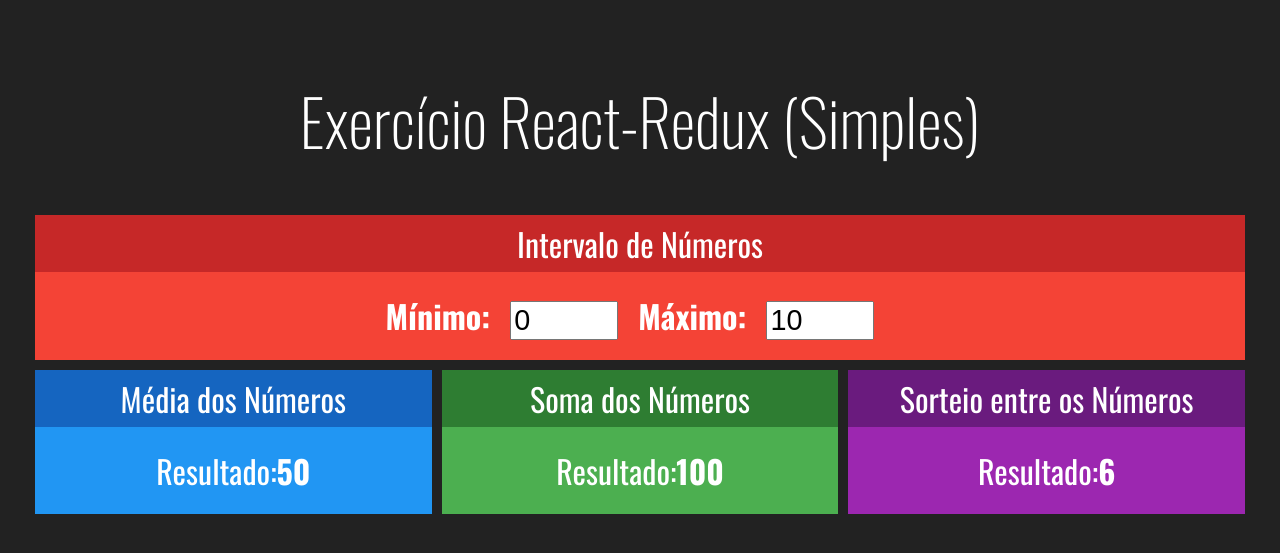
Repository: WellysonP/testando-react-redux
Page: /
An editor plug-in stored every save of this project. The page is shown before and after the next save, followed by the edit.
The browser window is 1280 px wide. The pictures show the whole page.
The project was rebuilt for these pictures with package versions that can differ from the ones it lists, and the page was loaded fresh each time.

Above is the page before, as saved 2023-01-12 18:42:19.

### public/index.html
<!DOCTYPE html>
<html lang="en">
  <head>
    <link rel="preconnect" href="https://fonts.googleapis.com">
<link rel="preconnect" href="https://fonts.gstatic.com" crossorigin>
<link href="https://fonts.googleapis.com/css2?family=Oswald:wght@200;300;400;500;600;700&display=swap" rel="stylesheet">
    <meta charset="utf-8" />
    <link rel="icon" href="%PUBLIC_URL%/favicon.ico" />
    <meta name="viewport" content="width=device-width, initial-scale=1" />
    <meta name="theme-color" content="#000000" />
    <meta
      name="description"
      content="Web site created using create-react-app"
    />
    <link rel="apple-touch-icon" href="%PUBLIC_URL%/logo192.png" />
    <!--
      manifest.json provides metadata used when your web app is installed on a
      user's mobile device or desktop. See https://developers.google.com/web/fundamentals/web-app-manifest/
    -->
    <link rel="manifest" href="%PUBLIC_URL%/manifest.json" />
    <!--
      Notice the use of %PUBLIC_URL% in the tags above.
      It will be replaced with the URL of the `public` folder during the build.
      Only files inside the `public` folder can be referenced from the HTML.

      Unlike "/favicon.ico" or "favicon.ico", "%PUBLIC_URL%/favicon.ico" will
      work correctly both with client-side routing and a non-root public URL.
      Learn how to configure a non-root public URL by running `npm run build`.
    -->
    <title>React App</title>
  </head>
  <body>
    <noscript>You need to enable JavaScript to run this app.</noscript>
    <div id="root"></div>
    <!--
      This HTML file is a template.
      If you open it directly in the browser, you will see an empty page.

      You can add webfonts, meta tags, or analytics to this file.
      The build step will place the bundled scripts into the <body> tag.

      To begin the development, run `npm start` or `yarn start`.
      To create a production bundle, use `npm run build` or `yarn build`.
    -->
  </body>
</html>

### src/index.css
body{
  background-color: #222;
  font-size: 2rem;
  font-family: Oswald;
  color: #fff;
  margin: 30px;
}

### src/App.js
import { useState } from 'react';
import './App.css';
import Intervalo from './components/Intervalo';
import Media from './components/Media';
import Soma from './components/Soma';
import Sorteio from './components/Sorteio';

function App() {
  const [min, setMin] = useState(0)
  const [max, setMax] = useState(100)
  return (
    <div className="App">
      <h1>Exercício React-Redux (Simples)</h1>
      <div className='linha'>
        <Intervalo></Intervalo>
      </div>
      <div className='linha'>
        <Media min={min} max={max}></Media>
        <Soma min={min} max={max}></Soma>
        <Sorteio min={min} max={max}></Sorteio>
      </div>
    </div>
  );
}

export default App;

### src/App.css
.App{
  display: flex;
  flex-direction: column;
  text-align: center;
}

h1{
  font-weight: 200;
}

.linha{
  display: flex;
}

### src/components/Intervalo.jsx
import Card from "./Card"
import "./Intervalo.css"


export default props => {
    return (
        <Card title="Intervalo de Números" red>
            <div className="Intervalo">
                <span>
                    <strong>Mínimo:</strong>
                    <input type="number" value={0} />
                </span>
                <span>
                    <strong>Máximo:</strong>
                    <input type="number" value={10} />
                </span>
            </div>
        </Card>
    )
}

### src/components/Media.jsx
import Card from "./Card"

export default props => {
    const { min, max } = props
    return (
        <Card title="Média dos Números" blue>
            <div>
                <span>
                    <span>Resultado:</span>
                    <strong>{(min + max) / 2}</strong>
                </span>
            </div>
        </Card>
    )
}

### src/components/Soma.jsx
import Card from "./Card"

export default props => {
    const { min, max } = props
    return (
        <Card title="Soma dos Números" green>
            <div>
                <span>
                    <span>Resultado:</span>
                    <strong>{min + max}</strong>
                </span>
            </div>
        </Card>
    )
}

### src/components/Sorteio.jsx
import Card from "./Card"

export default props => {
    const {min , max} = props
    const aleatorio = parseInt(Math.random()*(max-min))
    return (
        <Card title="Sorteio entre os Números" purple>
            <div>
                <span>
                    <span>Resultado:</span>
                    <strong>{aleatorio}</strong>
                </span>
            </div>
        </Card>
    )
}

### src/components/Card.jsx
import "./Card.css"

function getColor(props){
    if(props.red) return "Red"
    if(props.green) return "Green"
    if(props.blue) return "Blue"
    if(props.purple) return "Purple"
    return""
}

export default props => {
    return (
        <div className={`Card ${getColor(props)}`}>
            <div className="Header">
                <span className="Title">{props.title}</span>
            </div>
            <div className="Content">
                {props.children}
            </div>
        </div>
    )
}

### src/components/Intervalo.css
.Intervalo input{
    font-size: 1.8rem;
    margin-left: 20px;
    margin-right: 20px;
    width: 100px;
}

### src/components/Card.css
.Card{
    flex: 1;
    display: flex;
    flex-direction: column;
    margin: 5px;
}

.Card .Header{
    display: flex;
    flex-direction: row;
    justify-content: center;
}

.Card .Header .Title{
    flex: 1;
    padding: 5px;
}

.Card .Content{
    padding: 20px;
}

.Card.Red .Header{ color: #fff; background-color: #c62828;}
.Card.Red .Content{ color: #fff; background-color: #f44336;}

.Card.Green .Header{ color: #fff; background-color: #2e7d32;}
.Card.Green .Content{ color: #fff; background-color: #4caf50;}

.Card.Blue .Header{ color: #fff; background-color: #1565c0;}
.Card.Blue .Content{ color: #fff; background-color: #2196f3;}

.Card.Purple .Header{ color: #fff; background-color: #6A1B7e;}
.Card.Purple .Content{ color: #fff; background-color: #9c27b0;}

Loaded but not shown: src/index.js (common file); src/reportWebVitals.js (common file)

After the next save:
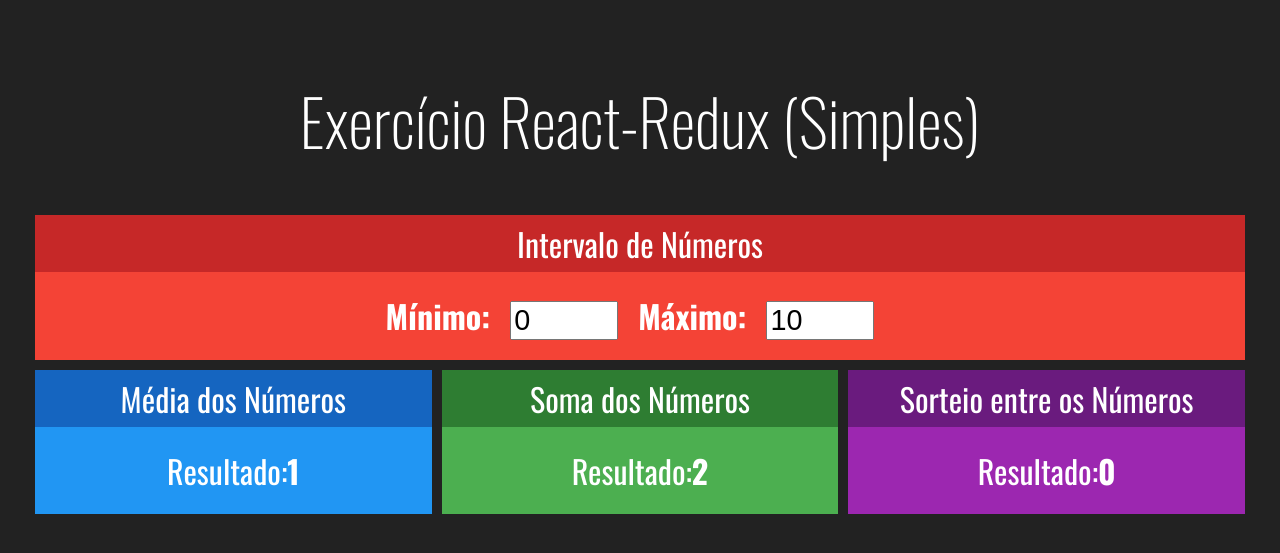
Saved 14 s later.
--- a/src/App.js
+++ b/src/App.js
@@ -7,7 +7,7 @@ import Sorteio from './components/Sorteio';
 
 function App() {
   const [min, setMin] = useState(0)
-  const [max, setMax] = useState(100)
+  const [max, setMax] = useState(2)
   return (
     <div className="App">
       <h1>Exercício React-Redux (Simples)</h1>
